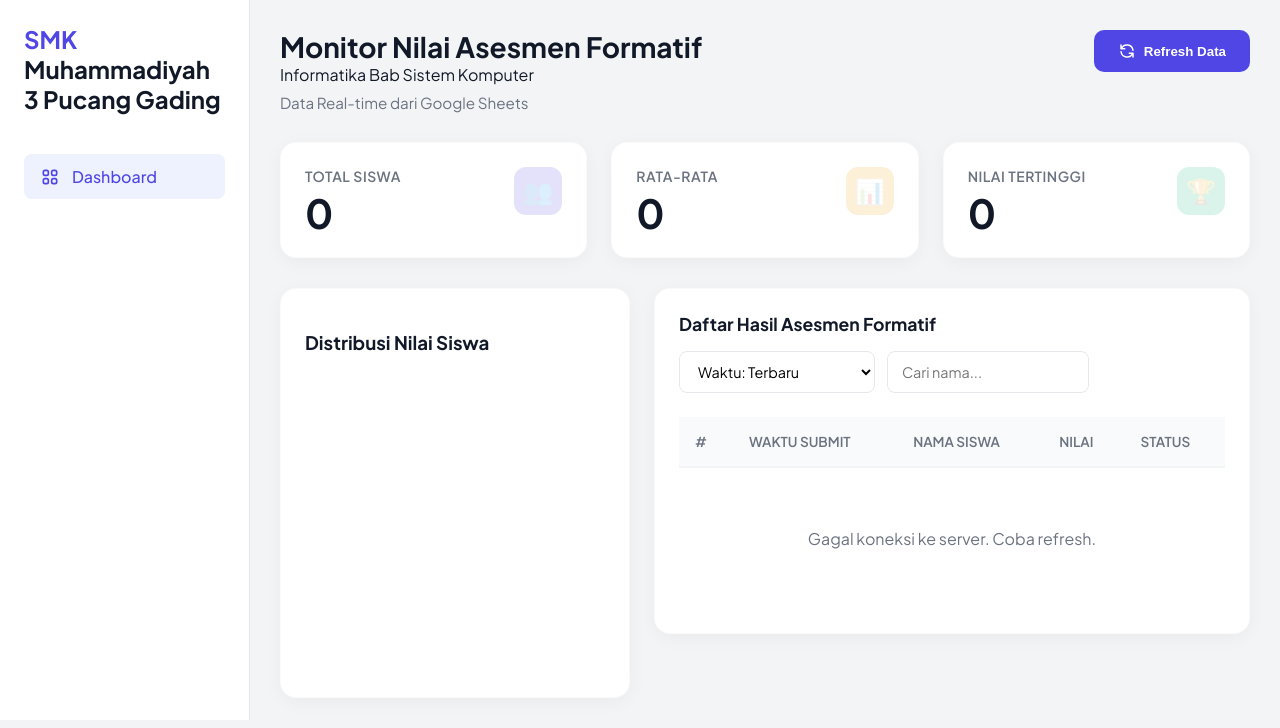
Repository: smkmutipugademak/dashboardnilaiasesmenformatif
Page: dashboard.html
These files come from the project's save history. The page is drawn as it stood at one moment and after the next save; the edit follows.
The browser window is 1280 px wide. The pictures show the whole page.
The page's requests for data from a server got no answer.

Above is the page before, as saved 2025-12-07 08:12:42.

### dashboard.html
<!DOCTYPE html>
<html lang="id">

<head>
    <meta charset="UTF-8">
    <meta name="viewport" content="width=device-width, initial-scale=1.0">
    <title>Dashboard Monitoring Asesmen Formatif Sistem Komputer</title>

    <link href="https://fonts.googleapis.com/css2?family=Plus+Jakarta+Sans:wght@400;500;600;700&display=swap"
        rel="stylesheet">

    <script src="https://cdn.jsdelivr.net/npm/chart.js"></script>

    <link rel="stylesheet" href="dashboard.css">
</head>

<body>

    <nav class="sidebar">
        <div class="logo">
            <h2>SMK <span>Muhammadiyah 3 Pucang Gading</span></h2>
        </div>
        <div class="menu-item active">
            <svg width="20" height="20" fill="none" stroke="currentColor" viewBox="0 0 24 24">
                <path stroke-linecap="round" stroke-linejoin="round" stroke-width="2"
                    d="M4 6a2 2 0 012-2h2a2 2 0 012 2v2a2 2 0 01-2 2H6a2 2 0 01-2-2V6zM14 6a2 2 0 012-2h2a2 2 0 012 2v2a2 2 0 01-2 2h-2a2 2 0 01-2-2V6zM4 16a2 2 0 012-2h2a2 2 0 012 2v2a2 2 0 01-2 2H6a2 2 0 01-2-2v-2zM14 16a2 2 0 012-2h2a2 2 0 012 2v2a2 2 0 01-2 2h-2a2 2 0 01-2-2v-2z">
                </path>
            </svg>
            Dashboard
        </div>
    </nav>

    <main class="main-content">
        <header class="top-bar">
            <div>
                <h1>Monitor Nilai Asesmen Formatif </h1> Informatika Bab Sistem Komputer</h1>
                <p class="subtitle">Data Real-time dari Google Sheets</p>
            </div>
            <button class="btn-refresh" onclick="loadData()">
                <svg width="18" height="18" fill="none" stroke="currentColor" viewBox="0 0 24 24">
                    <path stroke-linecap="round" stroke-linejoin="round" stroke-width="2"
                        d="M4 4v5h.582m15.356 2A8.001 8.001 0 004.582 9m0 0H9m11 11v-5h-.581m0 0a8.003 8.003 0 01-15.357-2m15.357 2H15">
                    </path>
                </svg>
                Refresh Data
            </button>
        </header>

        <div class="stats-container">
            <div class="card stat-card">
                <div class="stat-title">Total Siswa</div>
                <div class="stat-value" id="totalSiswa">0</div>
                <div class="stat-icon bg-blue">👥</div>
            </div>
            <div class="card stat-card">
                <div class="stat-title">Rata-Rata</div>
                <div class="stat-value" id="rataRata">0</div>
                <div class="stat-icon bg-orange">📊</div>
            </div>
            <div class="card stat-card">
                <div class="stat-title">Nilai Tertinggi</div>
                <div class="stat-value" id="nilaiTertinggi">0</div>
                <div class="stat-icon bg-green">🏆</div>
            </div>
        </div>

        <div class="content-grid">

            <div class="card chart-section">
                <h3>Distribusi Nilai Siswa</h3>
                <div class="chart-wrapper">
                    <canvas id="scoreChart"></canvas>
                </div>
            </div>

            <div class="card table-section">
                <div class="table-header">
                    <h3>Daftar Hasil Asesmen Formatif</h3>
                    <div class="controls">
                        <select id="sortFilter" onchange="applySort()">
                            <option value="time_desc">Waktu: Terbaru</option>
                            <option value="time_asc">Waktu: Terlama (Awal)</option>
                            <option value="score_desc">Nilai: Tertinggi</option>
                            <option value="score_asc">Nilai: Terendah</option>
                        </select>
                        <input type="text" id="searchInput" placeholder="Cari nama..." onkeyup="applySearch()">
                    </div>
                </div>

                <div class="table-responsive">
                    <table id="resultTable">
                        <thead>
                            <tr>
                                <th>#</th>
                                <th>Waktu Submit</th>
                                <th>Nama Siswa</th>
                                <th>Nilai</th>
                                <th>Status</th>
                            </tr>
                        </thead>
                        <tbody id="tableBody">
                        </tbody>
                    </table>
                    <div id="loading" class="loading-state">Sedang memuat data...</div>
                    <div id="empty" class="empty-state" style="display:none;">Belum ada data.</div>
                </div>
            </div>
        </div>
    </main>

    <script src="dashboard.js"></script>
</body>

</html>

### dashboard.css
/* =========================================
   1. GLOBAL RESET & VARIABLES
   ========================================= */
:root {
    --primary: #4f46e5;
    --primary-dark: #4338ca;
    --bg-body: #f3f4f6;
    --bg-card: #ffffff;
    --text-main: #111827;
    --text-muted: #6b7280;
    --border: #e5e7eb;
    --success: #10b981;
    --warning: #f59e0b;
    --danger: #ef4444;
    --sidebar-width: 250px;
}

* {
    box-sizing: border-box;
    /* Penting agar padding tidak merusak lebar */
}

body {
    font-family: 'Plus Jakarta Sans', sans-serif;
    background-color: var(--bg-body);
    color: var(--text-main);
    margin: 0;
    display: flex;
    min-height: 100vh;
    overflow-x: hidden;
    /* Mencegah scroll ke samping pada body */
}

/* =========================================
   2. SIDEBAR (Desktop First)
   ========================================= */
.sidebar {
    width: var(--sidebar-width);
    background: var(--bg-card);
    border-right: 1px solid var(--border);
    padding: 24px;
    display: flex;
    flex-direction: column;
    position: fixed;
    top: 0;
    left: 0;
    height: 100%;
    z-index: 100;
    transition: transform 0.3s ease;
}

.logo h2 {
    color: var(--primary);
    margin: 0 0 40px 0;
    font-size: 1.5rem;
}

.logo span {
    color: var(--text-main);
}

.menu-item {
    padding: 12px 16px;
    border-radius: 8px;
    cursor: pointer;
    display: flex;
    align-items: center;
    gap: 12px;
    color: var(--text-muted);
    font-weight: 500;
    transition: all 0.2s ease;
    margin-bottom: 5px;
}

.menu-item.active,
.menu-item:hover {
    background: #eef2ff;
    color: var(--primary);
}

/* =========================================
   3. MAIN CONTENT
   ========================================= */
.main-content {
    flex: 1;
    margin-left: var(--sidebar-width);
    /* Memberi ruang untuk sidebar */
    padding: 30px;
    width: calc(100% - var(--sidebar-width));
    /* Kalkulasi lebar akurat */
    transition: all 0.3s ease;
}

/* HEADER / TOP BAR */
.top-bar {
    display: flex;
    justify-content: space-between;
    align-items: flex-start;
    /* Ubah ke flex-start agar teks panjang aman */
    flex-wrap: wrap;
    /* Agar elemen turun ke bawah jika layar sempit */
    gap: 20px;
    margin-bottom: 30px;
}

.top-bar h1 {
    margin: 0;
    font-size: 1.75rem;
    line-height: 1.2;
}

.subtitle {
    color: var(--text-muted);
    margin: 8px 0 0 0;
    font-size: 0.95rem;
}

.btn-refresh {
    background: var(--primary);
    color: white;
    border: none;
    padding: 12px 24px;
    border-radius: 10px;
    font-weight: 600;
    cursor: pointer;
    display: inline-flex;
    align-items: center;
    gap: 8px;
    transition: background 0.2s;
    white-space: nowrap;
    /* Mencegah teks tombol terpotong */
}

.btn-refresh:hover {
    background: var(--primary-dark);
}

/* =========================================
   4. STATS CARDS
   ========================================= */
.stats-container {
    display: grid;
    /* Responsive Grid: Otomatis menyesuaikan jumlah kolom */
    grid-template-columns: repeat(auto-fit, minmax(240px, 1fr));
    gap: 24px;
    margin-bottom: 30px;
}

.card {
    background: var(--bg-card);
    border-radius: 16px;
    padding: 24px;
    box-shadow: 0 4px 20px -2px rgba(0, 0, 0, 0.05);
    border: 1px solid rgba(0, 0, 0, 0.02);
}

.stat-card {
    position: relative;
    overflow: hidden;
}

.stat-title {
    color: var(--text-muted);
    font-size: 0.875rem;
    font-weight: 600;
    text-transform: uppercase;
    letter-spacing: 0.5px;
}

.stat-value {
    font-size: 2.5rem;
    font-weight: 800;
    margin-top: 8px;
    color: var(--text-main);
    line-height: 1;
}

.stat-icon {
    position: absolute;
    right: 24px;
    top: 24px;
    width: 48px;
    height: 48px;
    border-radius: 12px;
    display: flex;
    align-items: center;
    justify-content: center;
    font-size: 1.5rem;
    opacity: 0.15;
}

/* Utility Colors */
.bg-blue {
    background: var(--primary);
    color: var(--primary);
}

.bg-orange {
    background: var(--warning);
    color: var(--warning);
}

.bg-green {
    background: var(--success);
    color: var(--success);
}

/* =========================================
   5. CHART & TABLE LAYOUT
   ========================================= */
.content-grid {
    display: grid;
    grid-template-columns: 350px 1fr;
    /* Chart fixed width, Tabel sisa ruang */
    gap: 24px;
    align-items: start;
}

.chart-wrapper {
    position: relative;
    height: 300px;
    /* Tinggi grafik fix */
    width: 100%;
    margin-top: 10px;
}

/* =========================================
   6. TABLE STYLES
   ========================================= */
.table-section {
    overflow: hidden;
    /* Mencegah card melebar */
}

.table-header {
    display: flex;
    justify-content: space-between;
    align-items: center;
    margin-bottom: 24px;
    flex-wrap: wrap;
    gap: 16px;
}

.table-header h3 {
    margin: 0;
    font-size: 1.1rem;
}

.controls {
    display: flex;
    gap: 12px;
    flex-wrap: wrap;
    /* Agar input turun di HP */
}

.controls select,
.controls input {
    padding: 10px 14px;
    border: 1px solid var(--border);
    border-radius: 8px;
    font-family: inherit;
    font-size: 0.9rem;
    outline: none;
    background: #fff;
}

.controls input {
    min-width: 200px;
}

/* Responsive Table Wrapper */
.table-responsive {
    width: 100%;
    overflow-x: auto;
    /* Scroll horizontal jika tabel kepanjangan */
    -webkit-overflow-scrolling: touch;
    /* Smooth scroll di iOS */
}

table {
    width: 100%;
    border-collapse: collapse;
    white-space: nowrap;
    /* Mencegah teks tabel turun baris berantakan */
}

th {
    text-align: left;
    padding: 16px;
    color: var(--text-muted);
    font-size: 0.85rem;
    font-weight: 600;
    text-transform: uppercase;
    border-bottom: 2px solid var(--bg-body);
    background: #f9fafb;
}

td {
    padding: 16px;
    border-bottom: 1px solid var(--border);
    font-size: 0.95rem;
    color: var(--text-main);
}

tr:last-child td {
    border-bottom: none;
}

/* Badge Styles */
.badge {
    padding: 6px 12px;
    border-radius: 20px;
    font-size: 0.75rem;
    font-weight: 700;
    letter-spacing: 0.5px;
    display: inline-block;
}

.badge-pass {
    background: #d1fae5;
    color: #065f46;
}

.badge-fail {
    background: #fee2e2;
    color: #991b1b;
}

.loading-state,
.empty-state {
    text-align: center;
    padding: 60px 20px;
    color: var(--text-muted);
}

/* =========================================
   7. RESPONSIVE / MEDIA QUERIES (HP & Tablet)
   ========================================= */

/* Tablet & Mobile (Layar < 1024px) */
@media (max-width: 1024px) {

    /* Layout kolom menjadi 1 baris ke bawah */
    .content-grid {
        grid-template-columns: 1fr;
    }

    .chart-wrapper {
        height: 250px;
        /* Grafik sedikit lebih pendek di tablet */
    }
}

/* Mobile (Layar < 768px) */
@media (max-width: 768px) {

    /* 1. Sembunyikan Sidebar */
    .sidebar {
        transform: translateX(-100%);
        /* Geser sidebar ke luar layar */
        display: none;
        /* Hilangkan total */
    }

    /* 2. Main Content Full Width */
    .main-content {
        margin-left: 0;
        width: 100%;
        padding: 20px;
    }

    /* 3. Header Adjustment */
    .top-bar {
        flex-direction: column;
        /* Judul di atas, tombol di bawah */
        align-items: stretch;
        /* Tombol jadi full width */
        gap: 15px;
    }

    .btn-refresh {
        justify-content: center;
        /* Teks tombol di tengah */
        width: 100%;
    }

    /* 4. Controls Form Full Width */
    .controls {
        width: 100%;
        flex-direction: column;
    }

    .controls select,
    .controls input {
        width: 100%;
        min-width: unset;
    }

    /* 5. Font Sizes Adjustment */
    .stat-value {
        font-size: 2rem;
    }

    h1 {
        font-size: 1.5rem;
    }
}

### dashboard.js
// ==========================================
// KONFIGURASI
// ==========================================
// Paste URL Google Apps Script Bapak di sini:
const API_URL = "https://script.google.com/macros/s/AKfycbwCPLNZcQ-7rjg74-pfTkrodI_srdDcAbno6ccI1kWK7CsCMqtT2Rxt4WJLOvhmm1Ol/exec";

let rawData = []; // Menyimpan data mentah dari server
let chartInstance = null; // Menyimpan instance grafik

// Saat halaman dimuat
document.addEventListener('DOMContentLoaded', () => {
    loadData();
});

// ==========================================
// FUNGSI UTAMA: LOAD DATA
// ==========================================
async function loadData() {
    const loading = document.getElementById('loading');
    const empty = document.getElementById('empty');
    const tableBody = document.getElementById('tableBody');

    // Reset UI
    tableBody.innerHTML = '';
    loading.style.display = 'block';
    empty.style.display = 'none';

    try {
        // Fetch data dengan timestamp agar tidak dicache browser
        const response = await fetch(`${API_URL}?t=${new Date().getTime()}`);
        const data = await response.json();

        loading.style.display = 'none';

        if (!data || data.length === 0) {
            empty.style.display = 'block';
            updateStats([]);
            return;
        }

        // Simpan data ke variabel global & Bersihkan format nilai
        rawData = data.map(item => {
            // Bersihkan tanda kutip pada nilai jika ada ("'80" -> 80)
            let cleanScore = parseInt(item.nilai.toString().replace(/['"]/g, ''));
            return {
                waktu: new Date(item.waktu),
                nama: item.nama,
                nilai: isNaN(cleanScore) ? 0 : cleanScore
            };
        });

        // Jalankan fungsi-fungsi render
        updateStats(rawData);
        renderChart(rawData);
        applySort(); // Ini akan memanggil renderTable juga

    } catch (error) {
        console.error("Error:", error);
        loading.innerHTML = "Gagal koneksi ke server. Coba refresh.";
    }
}

// ==========================================
// LOGIKA SORTING & FILTER
// ==========================================
function applySort() {
    const sortValue = document.getElementById('sortFilter').value;
    let sortedData = [...rawData]; // Copy array agar master data tidak rusak

    // Logika Pengurutan
    sortedData.sort((a, b) => {
        if (sortValue === 'time_desc') return b.waktu - a.waktu; // Terbaru
        if (sortValue === 'time_asc') return a.waktu - b.waktu;  // Terlama (Tercepat submit)
        if (sortValue === 'score_desc') return b.nilai - a.nilai; // Nilai Tinggi
        if (sortValue === 'score_asc') return a.nilai - b.nilai;  // Nilai Rendah
    });

    applySearch(sortedData);
}

function applySearch(dataToRender = null) {
    const query = document.getElementById('searchInput').value.toLowerCase();

    // Jika dataToRender null, berarti dipanggil langsung dari input search, ambil dari rawData yg sudah disort
    let sourceData = dataToRender || rawData;

    // Namun untuk konsistensi sorting saat search, kita panggil sort dulu
    if (!dataToRender) {
        const sortValue = document.getElementById('sortFilter').value;
        sourceData = [...rawData].sort((a, b) => {
            if (sortValue === 'time_desc') return b.waktu - a.waktu;
            if (sortValue === 'time_asc') return a.waktu - b.waktu;
            if (sortValue === 'score_desc') return b.nilai - a.nilai;
            if (sortValue === 'score_asc') return a.nilai - b.nilai;
        });
    }

    const filtered = sourceData.filter(item => item.nama.toLowerCase().includes(query));
    renderTable(filtered);
}

// ==========================================
// RENDER TABEL
// ==========================================
function renderTable(data) {
    const tableBody = document.getElementById('tableBody');
    tableBody.innerHTML = '';

    data.forEach((row, index) => {
        const tr = document.createElement('tr');

        // Format Waktu: 07 Des, 10:30
        const timeString = row.waktu.toLocaleDateString('id-ID', { day: 'numeric', month: 'short' }) +
            ', ' + row.waktu.toLocaleTimeString('id-ID', { hour: '2-digit', minute: '2-digit' });

        // Tentukan Badge
        const statusBadge = row.nilai >= 75
            ? `<span class="badge badge-pass">Lulus</span>`
            : `<span class="badge badge-fail">Remedial</span>`;

        tr.innerHTML = `
            <td>${index + 1}</td>
            <td style="color: var(--text-muted); font-size: 0.9rem;">${timeString}</td>
            <td style="font-weight: 600;">${row.nama}</td>
            <td style="font-weight: 700;">${row.nilai}</td>
            <td>${statusBadge}</td>
        `;
        tableBody.appendChild(tr);
    });
}

// ==========================================
// UPDATE STATISTIK & GRAFIK
// ==========================================
function updateStats(data) {
    const total = data.length;
    if (total === 0) return;

    // Hitung rata-rata
    const sum = data.reduce((acc, curr) => acc + curr.nilai, 0);
    const avg = Math.round(sum / total);

    // Cari nilai tertinggi
    const max = Math.max(...data.map(item => item.nilai));

    // Update UI
    document.getElementById('totalSiswa').innerText = total;
    document.getElementById('rataRata').innerText = avg;
    document.getElementById('nilaiTertinggi').innerText = max;
}

function renderChart(data) {
    const ctx = document.getElementById('scoreChart').getContext('2d');

    // Kategorikan Nilai (Range)
    let rangeA = 0; // 85 - 100
    let rangeB = 0; // 70 - 84
    let rangeC = 0; // < 70

    data.forEach(item => {
        if (item.nilai >= 85) rangeA++;
        else if (item.nilai >= 70) rangeB++;
        else rangeC++;
    });

    // Hapus chart lama jika ada (untuk refresh)
    if (chartInstance) chartInstance.destroy();

    // Buat Chart Baru
    chartInstance = new Chart(ctx, {
        type: 'doughnut', // Tipe Chart: Pie/Doughnut
        data: {
            labels: ['Sangat Baik (>85)', 'Baik (70-84)', 'Perlu Bimbingan (<70)'],
            datasets: [{
                data: [rangeA, rangeB, rangeC],
                backgroundColor: [
                    '#10b981', // Hijau
                    '#f59e0b', // Orange
                    '#ef4444'  // Merah
                ],
                borderWidth: 0
            }]
        },
        options: {
            responsive: true,
            maintainAspectRatio: false,
            plugins: {
                legend: {
                    position: 'bottom',
                    labels: { usePointStyle: true, padding: 20 }
                }
            }
        }
    });
}

After the next save:
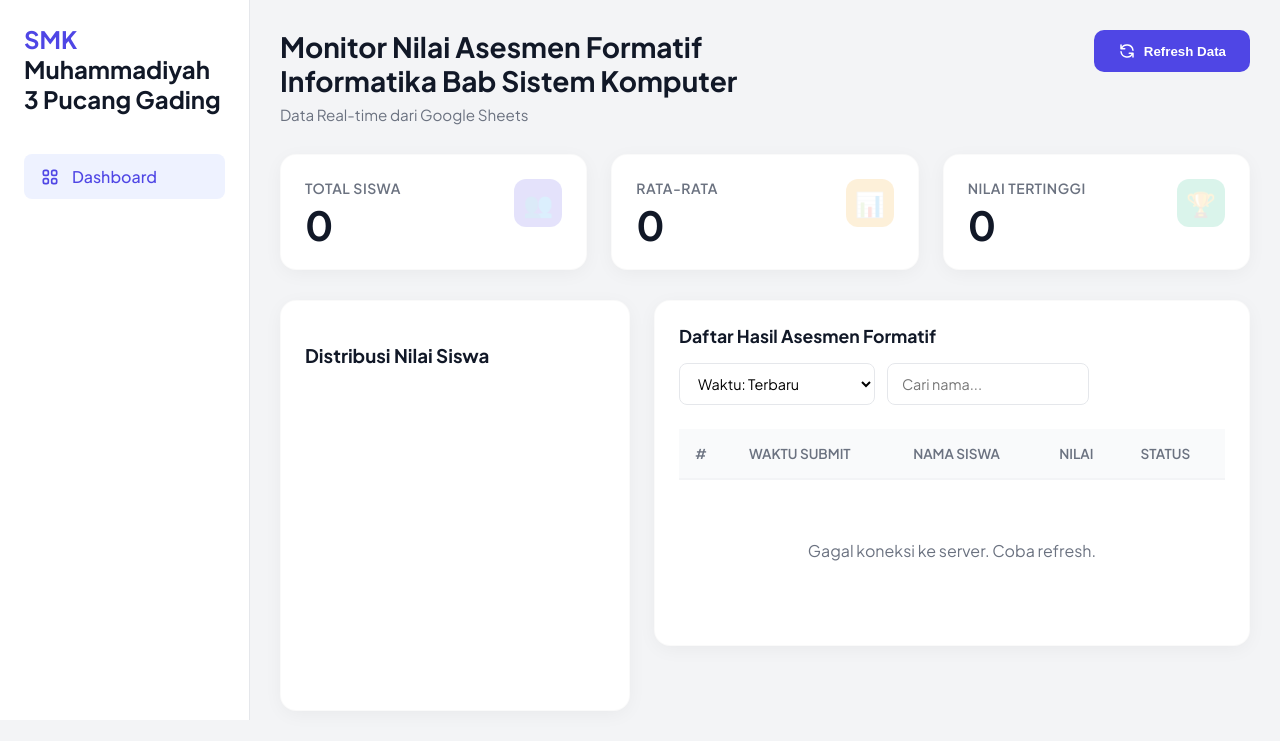
Saved 4 s later.
--- a/dashboard.html
+++ b/dashboard.html
@@ -33,7 +33,7 @@
     <main class="main-content">
         <header class="top-bar">
             <div>
-                <h1>Monitor Nilai Asesmen Formatif </h1> Informatika Bab Sistem Komputer</h1>
+                <h1>Monitor Nilai Asesmen Formatif </br> Informatika Bab Sistem Komputer</h1>
                 <p class="subtitle">Data Real-time dari Google Sheets</p>
             </div>
             <button class="btn-refresh" onclick="loadData()">
